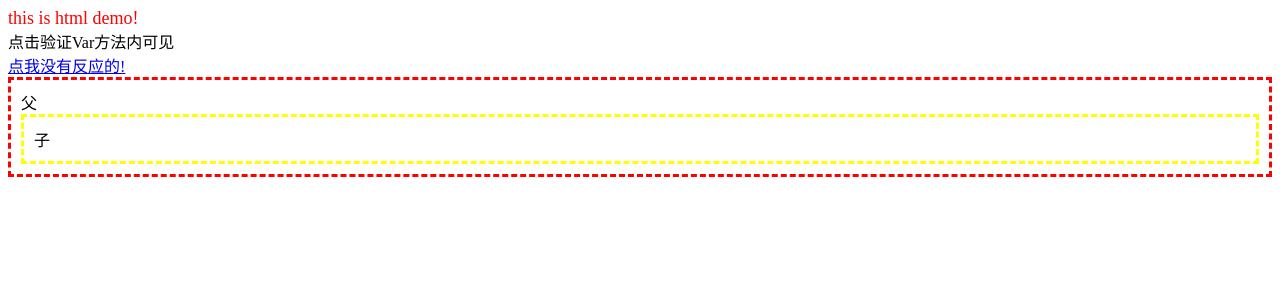
Repository: gavin2010/Frontend_html
Page: demo.html
An editor plug-in stored every save of this project. The page is shown before and after the next save, followed by the edit.
The browser window is 1280 px wide. The pictures show the whole page.

Above is the page before, as saved 2023-03-04 11:17:50.
Console error: ReferenceError: bodyOnload is not defined

After the next save:
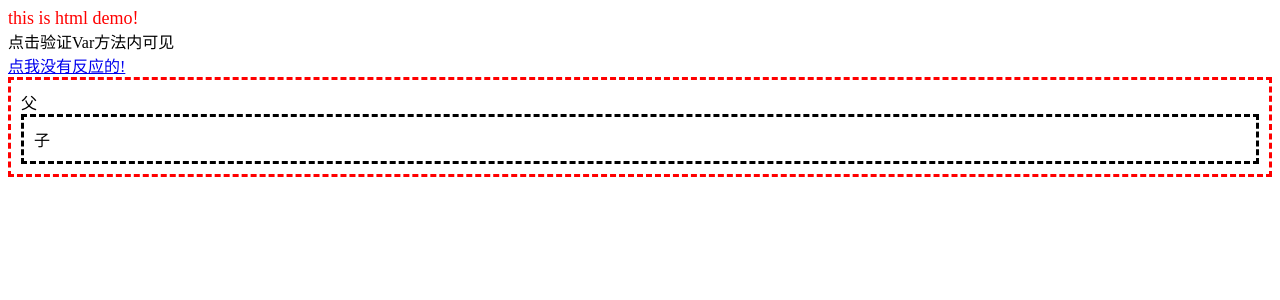
Saved 8 s later.
--- a/demo.html
+++ b/demo.html
@@ -25,7 +25,7 @@
 
     <div id="parent" style="border-style: dashed;border-color:red; padding: 10px;">
         父
-        <div id="child" style="border-style: dashed;border-color:yellow; padding: 10px;">
+        <div id="child" style="border-style: dashed;border-color:black; padding: 10px;">
             子
         </div>
     </div>
